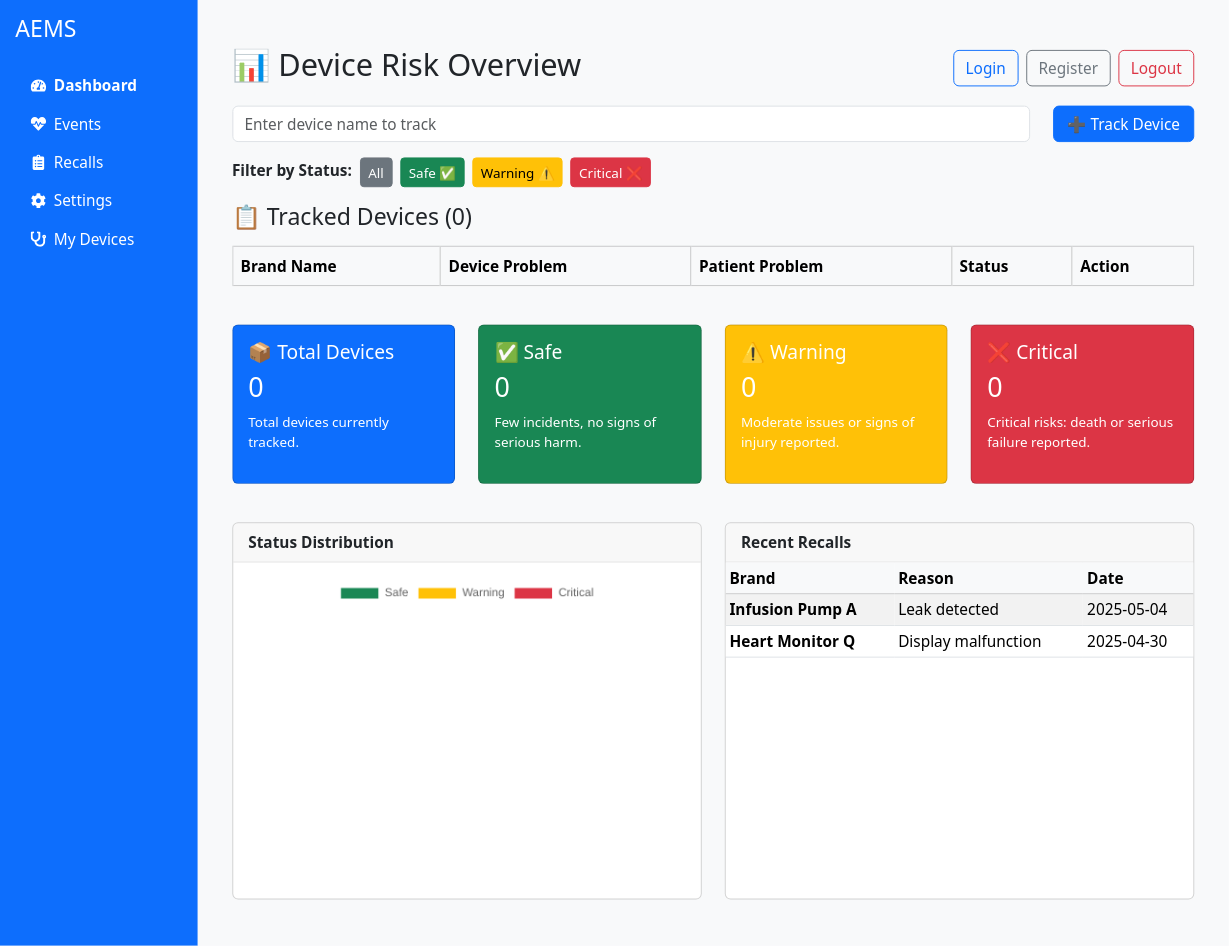
Repository: Sarary2/AEMS_2MVP
Page: / (app in frontend/AEMS/)
An editor plug-in stored every save of this project. The page is shown before and after the next save, followed by the edit.
The browser window is 1280 px wide. The pictures show the whole page, at 96% of full size.
The page's requests for data from a server got no answer. The project was rebuilt for these pictures with package versions that can differ from the ones it lists, and the page was loaded fresh each time. No one was signed in, and anything a server would have sent is missing. Also part of the build but not shown: frontend/AEMS/vite.config.js, frontend/AEMS/src/components/DeviceRow.jsx, frontend/AEMS/src/pages/Events.jsx, frontend/AEMS/src/firebase.js, frontend/AEMS/src/pages/Login.jsx, frontend/AEMS/src/pages/Register.jsx.

Above is the page before, as saved 2025-05-06 13:28:26.

After the next save:
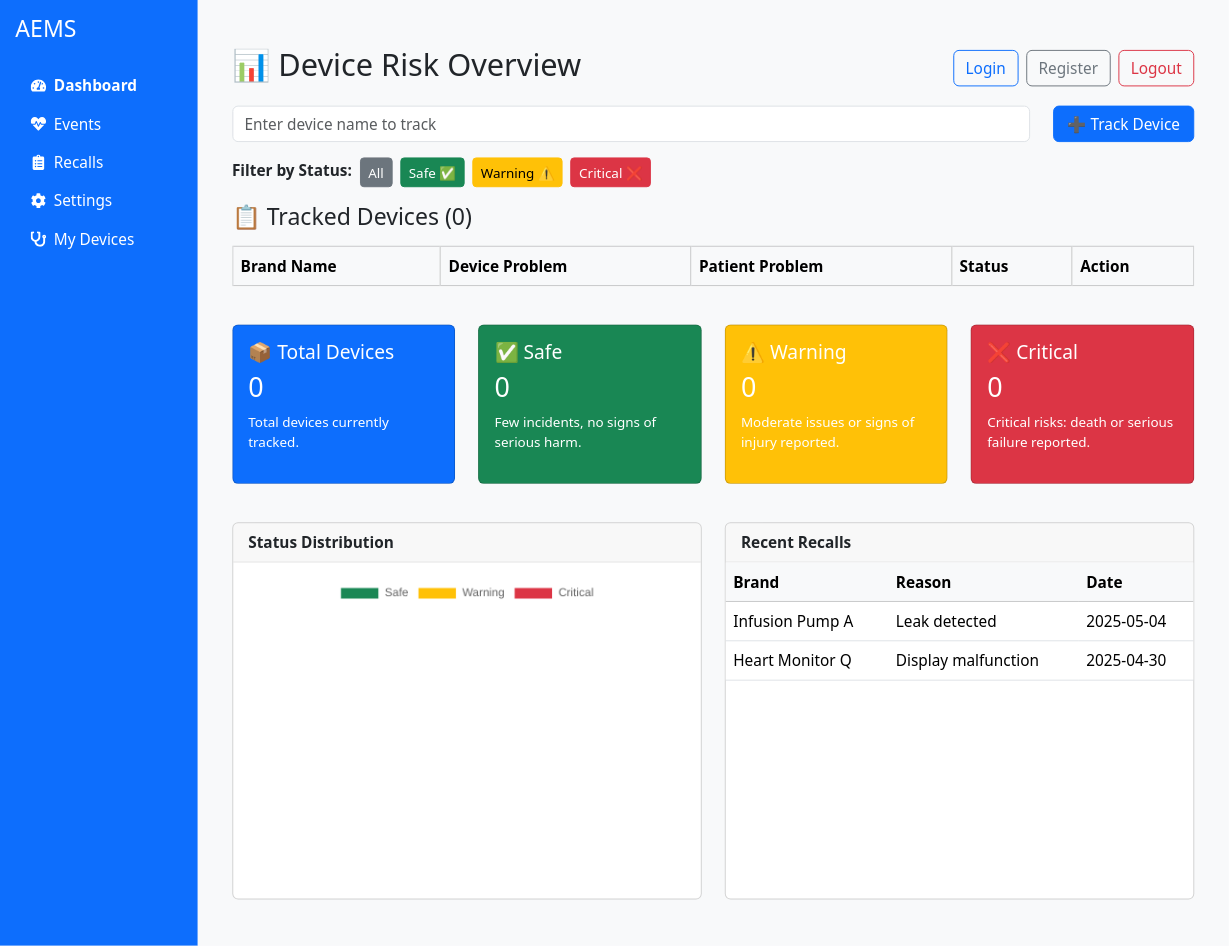
Saved 41 s later.
--- a/frontend/AEMS/src/components/RecallsPanel.jsx
+++ b/frontend/AEMS/src/components/RecallsPanel.jsx
@@ -1,30 +1,32 @@
 export default function RecallsPanel({ recalls }) {
     return (
       <div className="card h-100">
-        <div className="card-header fw-semibold">Recent Recalls</div>
+        <div className="card-header fw-bold">Recent Recalls</div>
         <div className="card-body p-0">
-          {recalls.length === 0 ? (
-            <p className="text-muted text-center py-3">No recent recalls reported.</p>
-          ) : (
-            <table className="table mb-0 table-sm table-striped">
-              <thead className="table-light">
+          <table className="table mb-0 table-hover">
+            <thead className="table-light">
+              <tr>
+                <th>Brand</th>
+                <th>Reason</th>
+                <th>Date</th>
+              </tr>
+            </thead>
+            <tbody>
+              {recalls.length === 0 ? (
                 <tr>
-                  <th>Brand</th>
-                  <th>Reason</th>
-                  <th>Date</th>
+                  <td colSpan="3" className="text-center text-muted">No recent recalls.</td>
                 </tr>
-              </thead>
-              <tbody>
-                {recalls.map((r, i) => (
-                  <tr key={i}>
-                    <td><strong>{r.brandName}</strong></td>
-                    <td>{r.recallReason}</td>
-                    <td>{r.recallDate}</td>
+              ) : (
+                recalls.map((recall, idx) => (
+                  <tr key={idx}>
+                    <td>{recall.brandName}</td>
+                    <td>{recall.recallReason}</td>
+                    <td>{recall.recallDate}</td>
                   </tr>
-                ))}
-              </tbody>
-            </table>
-          )}
+                ))
+              )}
+            </tbody>
+          </table>
         </div>
       </div>
     );
